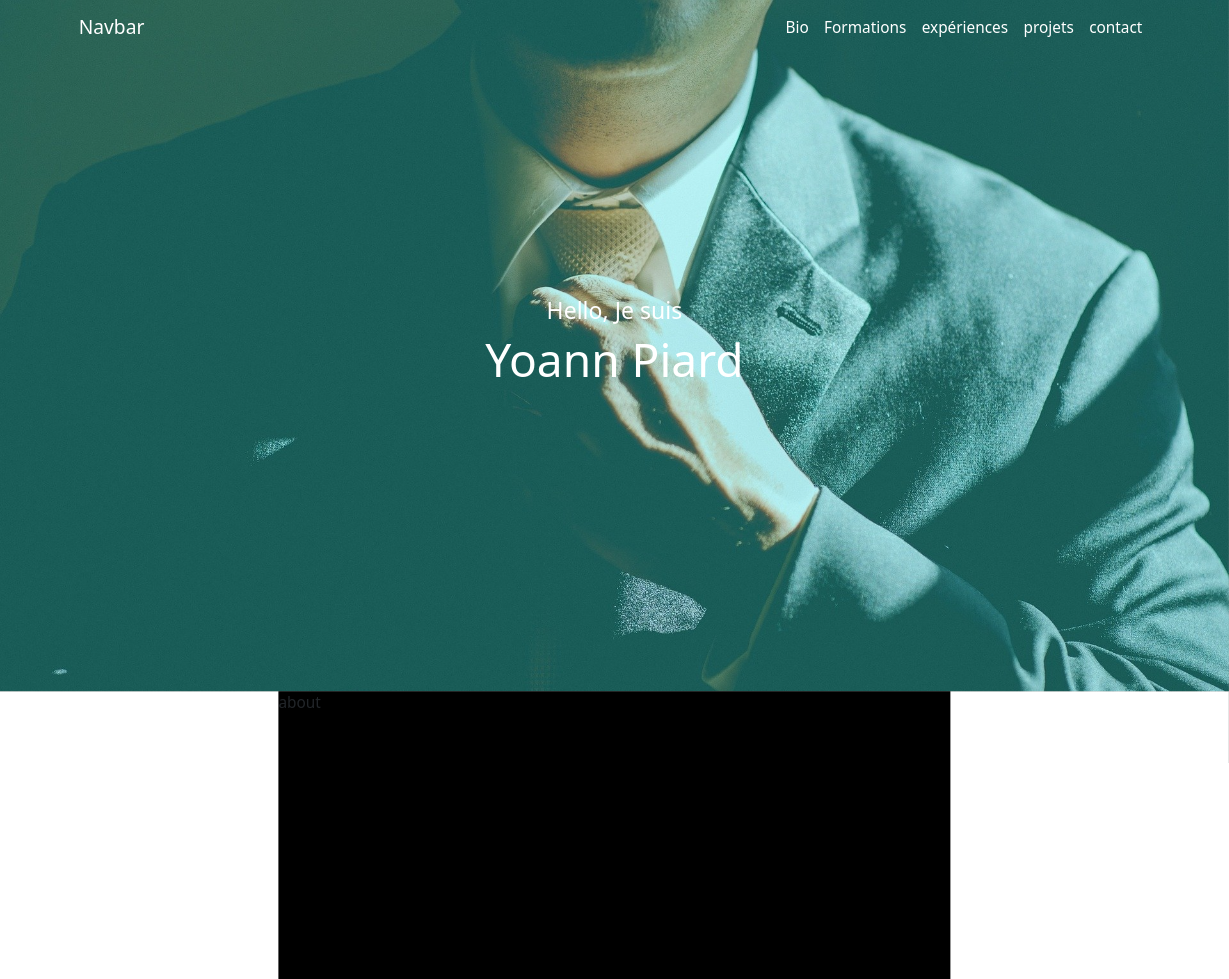
Repository: ypiard85/port-folio-bootstrap-yoann-2021
Page: index.html
The author's editor kept a copy of each file at every save. The page is drawn from the files as they stood at one save, then again after the next save.
The browser window is 1280 px wide. The pictures show the whole page, at 96% of full size.

Above is the page before, as saved 2021-03-09 12:41:01.

### index.html
<!DOCTYPE html>
<html lang="en">
<head>
    <meta charset="UTF-8">
    <meta http-equiv="X-UA-Compatible" content="IE=edge">
    <meta name="viewport" content="width=device-width, initial-scale=1.0">
    <!-- CSS only -->
    <link rel="stylesheet" href="./resource/style.css">
<link href="https://cdn.jsdelivr.net/npm/bootstrap@5.0.0-beta2/dist/css/bootstrap.min.css" rel="stylesheet" integrity="sha384-BmbxuPwQa2lc/FVzBcNJ7UAyJxM6wuqIj61tLrc4wSX0szH/Ev+nYRRuWlolflfl" crossorigin="anonymous">
    <title>Document</title>
</head>
<body>

        <nav class="navbar position-fixed w-100 navbar-expand-lg navbar-light">
            <div class="container">
              <a class="navbar-brand" href="#">Navbar</a>
              <button class="navbar-toggler" type="button" data-bs-toggle="collapse" data-bs-target="#navbarNav" aria-controls="navbarNav" aria-expanded="false" aria-label="Toggle navigation">
                <span class="navbar-toggler-icon"></span>
              </button>
              <div class="collapse navbar-collapse" id="navbarNav">
                <ul class="navbar-nav">
                  <li class="nav-item">
                    <a class="nav-link active" aria-current="page" href="#bio">Bio</a>
                  </li>
                  <li class="nav-item">
                    <a class="nav-link" href="#formation">Formations</a>
                  </li>
                  <li class="nav-item">
                    <a class="nav-link" href="#experience">expériences</a>
                  </li>
                  <li class="nav-item">
                    <a class="nav-link" href="#projet">projets</a>
                  </li>
                  <li class="nav-item">
                    <a class="nav-link" href="#contact">contact</a>
                  </li>
                </ul>
              </div>
            </div>
          </nav>

          <header class="container-fluid flex-column
          d-flex align-items-center justify-content-center">
              <h4>Hello, Je suis</h4>
              <h1>Yoann Piard</h1>
          </header>

          <section class="about_me">
                about
          </section>

<!-- JavaScript Bundle with Popper -->
<script src="https://cdn.jsdelivr.net/npm/bootstrap@5.0.0-beta2/dist/js/bootstrap.bundle.min.js" integrity="sha384-b5kHyXgcpbZJO/tY9Ul7kGkf1S0CWuKcCD38l8YkeH8z8QjE0GmW1gYU5S9FOnJ0" crossorigin="anonymous"></script>
<script src="https://unpkg.com/scrollreveal"></script>
<script src="./resource/app.js"></script>
</body>
</html>

### resource/style.css
.navbar-collapse{
    flex-grow: 0!important;
}

nav a{
    color: white!important;
}

header{
    height: 100vh;
    background: gray;
    background-image: linear-gradient(90deg, rgba(0,231,249,0.2780462526807598) 100%, rgba(0,4,24,0.4405112386751575) 74%), url('./image/about-section.jpg');
    background-repeat: no-repeat;
    background-size: cover;
    background-position: top center;
    color: white;
}

header h1{
    font-weight: normal;
    font-size: 3em;
}

.about_me{
    width: 700px;
    margin: auto;
    background-color: black;
    height: 300px;
}

### resource/app.js
ScrollReveal().reveal('.about_me', {
    delay: 250,
    duration: 1000,
    reset: true,
    origin: 'top',
    distance: '100%'
});

After the next save:
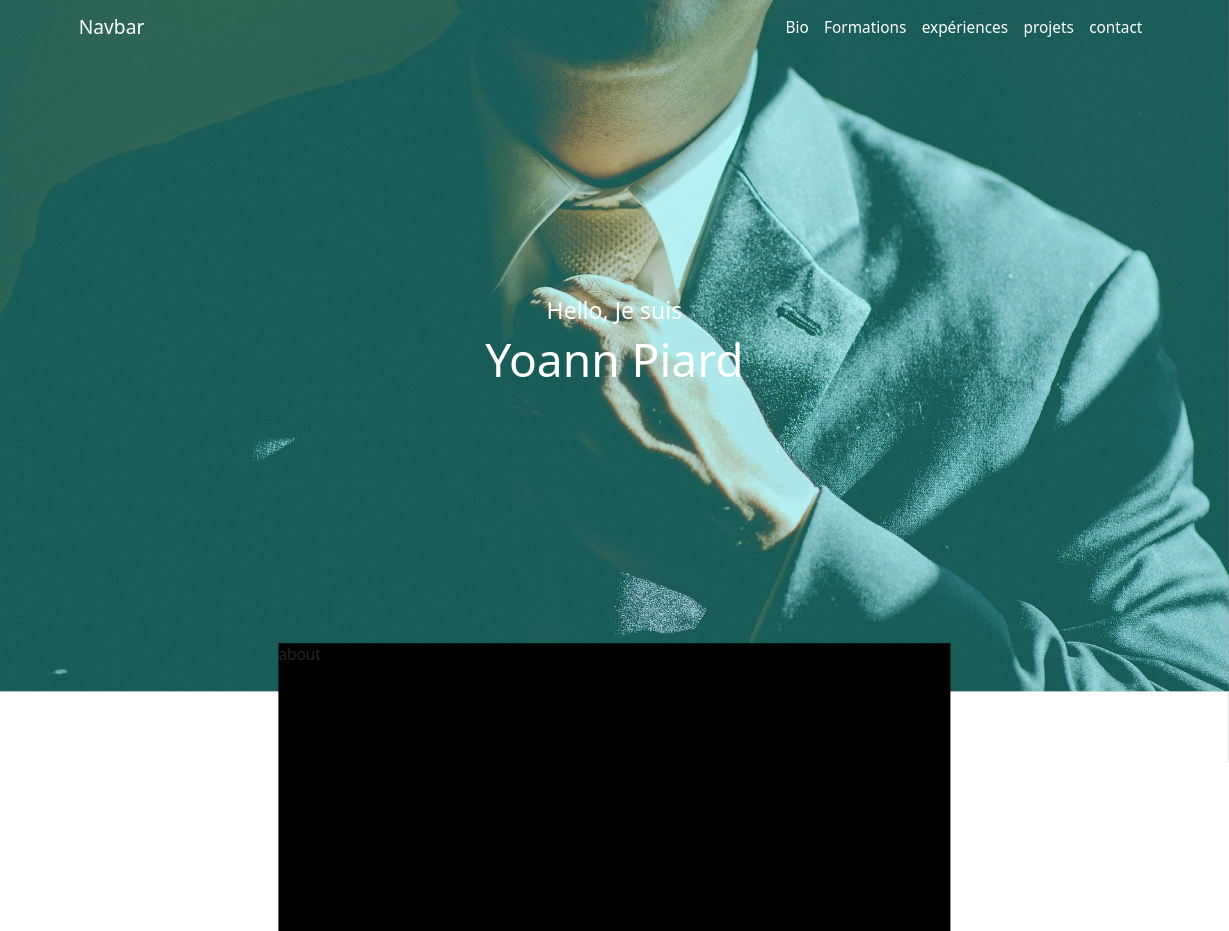
Saved 42 s later.
--- a/resource/style.css
+++ b/resource/style.css
@@ -26,4 +26,5 @@ header h1{
     margin: auto;
     background-color: black;
     height: 300px;
+    margin-top: -50px;
 }
